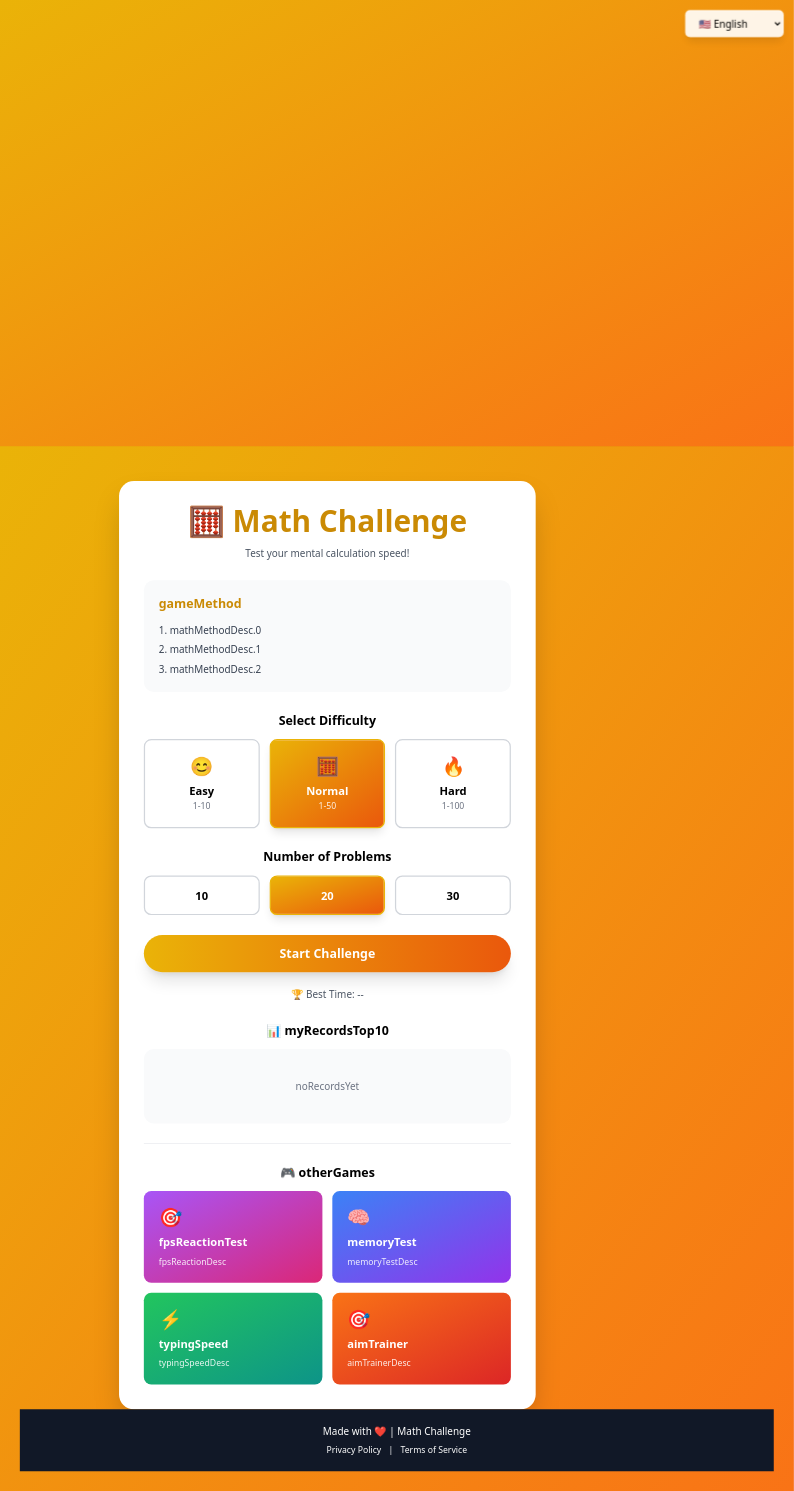
Repository: Lcmind/withjocoding
Page: math-challenge.html
These files come from the project's save history. The page is drawn as it stood at one moment and after the next save; the edit follows.
The browser window is 1280 px wide. The pictures show the whole page, at 62% of full size.
Some web libraries are served in a nearby version.

Above is the page before, as saved 2026-01-13 21:54:36.

After the next save:
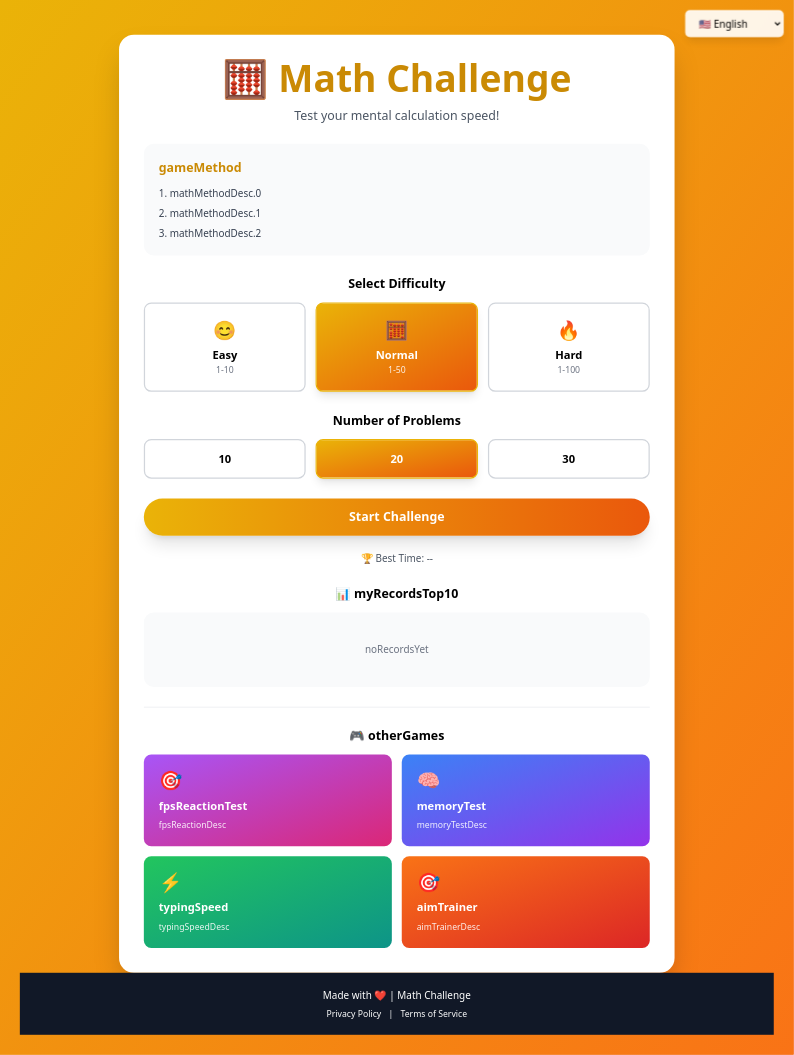
Saved 2 min 50 s later.
--- a/math-challenge.html
+++ b/math-challenge.html
@@ -73,26 +73,23 @@
 
   <!-- 시작 화면 -->
   <div id="start-screen" class="screen active min-h-screen flex flex-col items-center justify-center p-4 md:p-8">
-  </div>
-
-  <!-- 시작 화면 -->
-  <div id="start-screen" class="screen active min-h-screen flex flex-col items-center justify-center p-4 md:p-8">
     <div class="max-w-4xl w-full">
 
       <!-- 상단 광고 -->
-    <div class="mb-6 flex justify-center">
-      <ins class="adsbygoogle block"
-           style="display:block; max-height:90px;"
-           data-ad-format="horizontal"
-           data-ad-client="ca-pub-1247545232353663"
-           data-full-width-responsive="true"></ins>
-    </div>
-
-    <div class="max-w-2xl w-full bg-white rounded-3xl shadow-2xl p-6 md:p-10">
-      <h1 class="text-4xl md:text-5xl font-bold text-center text-yellow-600 mb-4">
-        🧮 <span data-i18n="title">Math Challenge</span>
-      </h1>
-      <p class="text-center text-gray-600 mb-8" data-i18n="subtitle">Test your mental calculation speed!</p>
+      <div class="mb-6 flex justify-center">
+        <ins class="adsbygoogle block"
+             style="display:block; max-height:90px;"
+             data-ad-format="horizontal"
+             data-ad-client="ca-pub-1247545232353663"
+             data-full-width-responsive="true"></ins>
+      </div>
+
+      <!-- 메인 카드 -->
+      <div class="bg-white rounded-3xl shadow-2xl p-6 md:p-10">
+        <h1 class="text-4xl md:text-6xl font-bold text-center text-yellow-600 mb-4">
+          🧮 <span data-i18n="title">Math Challenge</span>
+        </h1>
+        <p class="text-lg md:text-xl text-center text-gray-600 mb-8" data-i18n="subtitle">Test your mental calculation speed!</p>
 
       <!-- 게임 방법 -->
       <div class="bg-gray-50 rounded-2xl p-6 mb-8">
